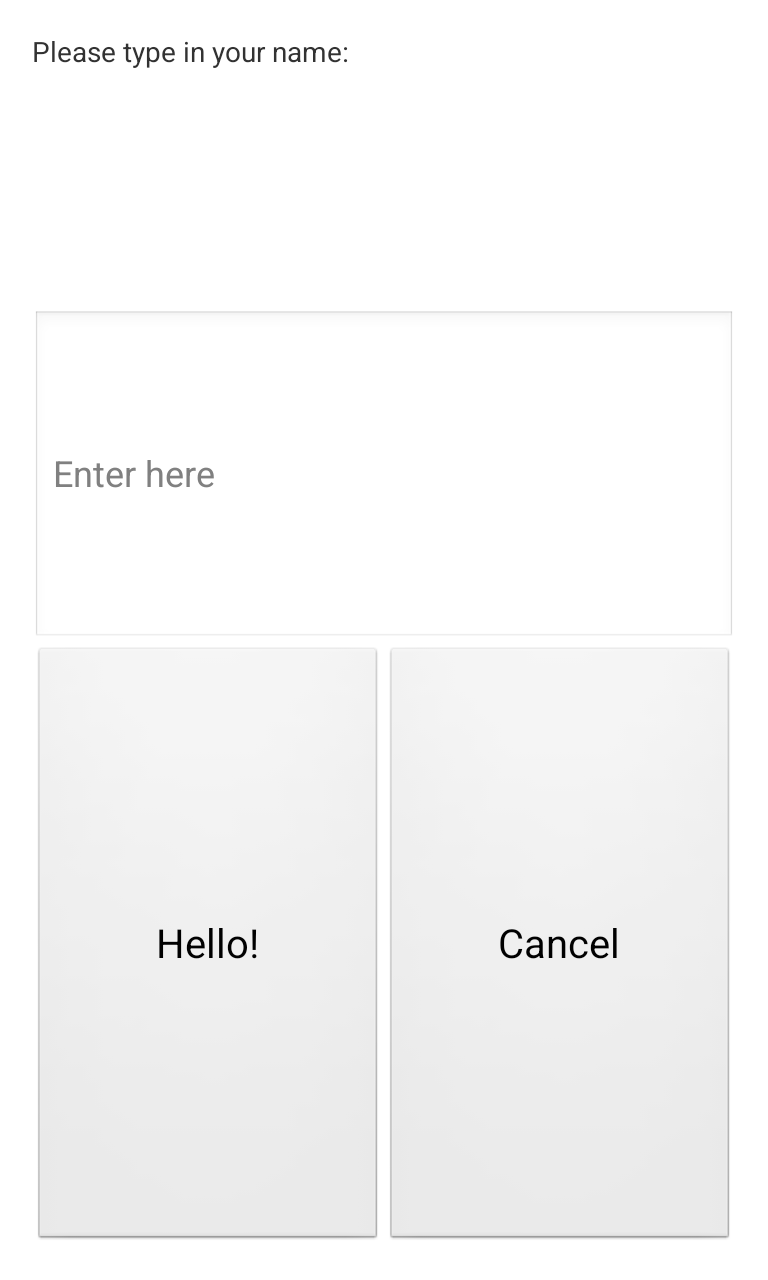
Repository: echolomaniac/HelloWorld
Layout: HelloWorld/res/layout/fragment_main.xml
These files come from the project's save history. The layout is drawn as it stood at one moment and after the next save; the edit follows.
It is drawn on a 768 x 1280 px phone screen (xhdpi) without system bars, with theme android:Theme.Light.NoTitleBar; the app's code is not run.

Above is the layout before, as saved 2014-05-06 06:54:55.

After the next save:
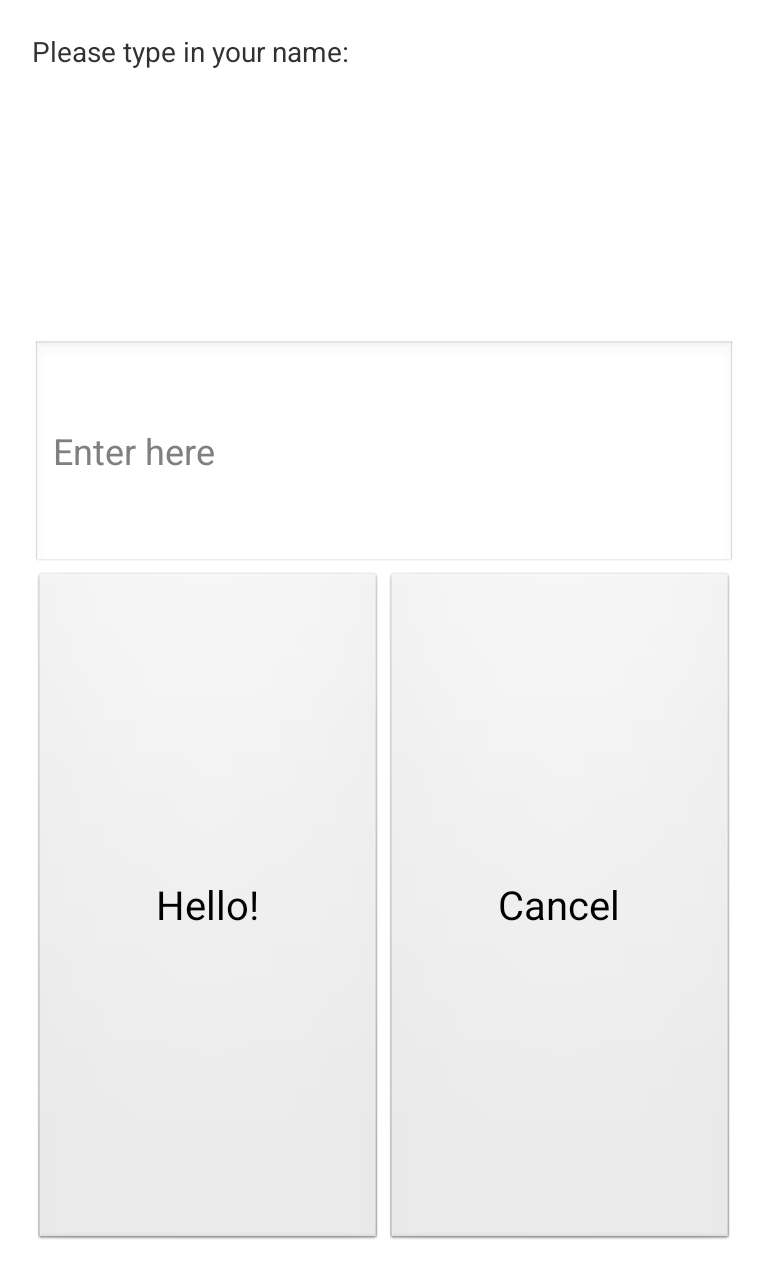
Saved 4 s later.
--- a/HelloWorld/res/layout/fragment_main.xml
+++ b/HelloWorld/res/layout/fragment_main.xml
@@ -26,7 +26,7 @@
             android:id="@+id/nameEditText"
             android:layout_width="match_parent"
             android:layout_height="wrap_content"
-            android:layout_weight="0.2"
+            android:layout_weight="0.1"
             android:ems="10"
             android:hint="@string/hint_enter_name" />
 
